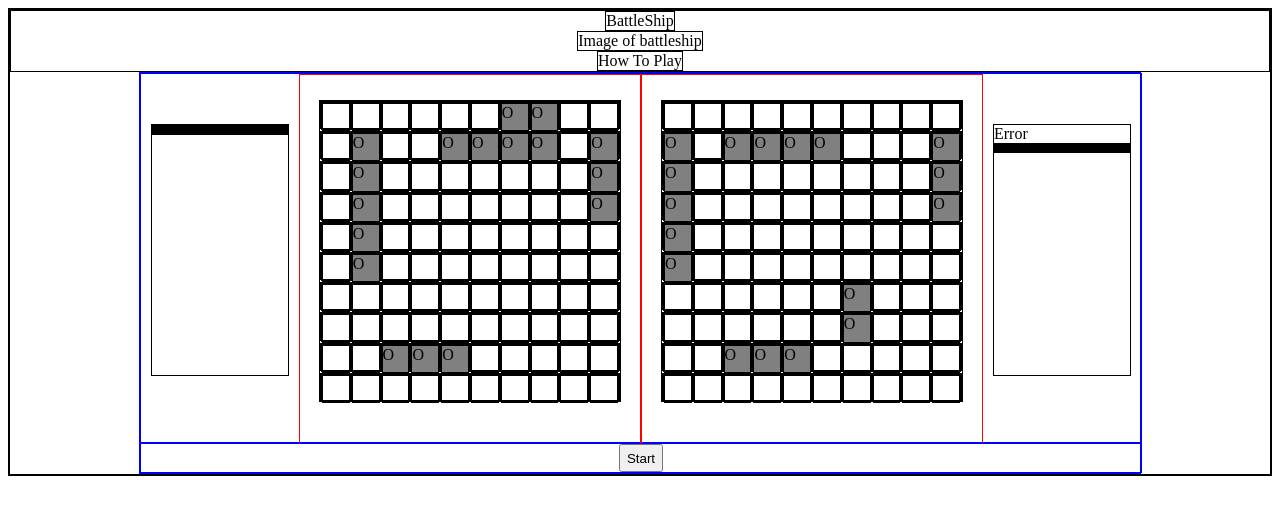
Repository: J-Haze/BattleshipApp
Page: /
The author's editor kept a copy of each file at every save. The page is drawn from the files as they stood at one save, then again after the next save.
The browser window is 1280 px wide. The pictures show the whole page.
The project was rebuilt for these pictures with package versions that can differ from the ones it lists, and the page was loaded fresh each time. Also part of the build but not shown: src/index.css.

Above is the page before, as saved 2020-09-23 17:46:04.

After the next save:
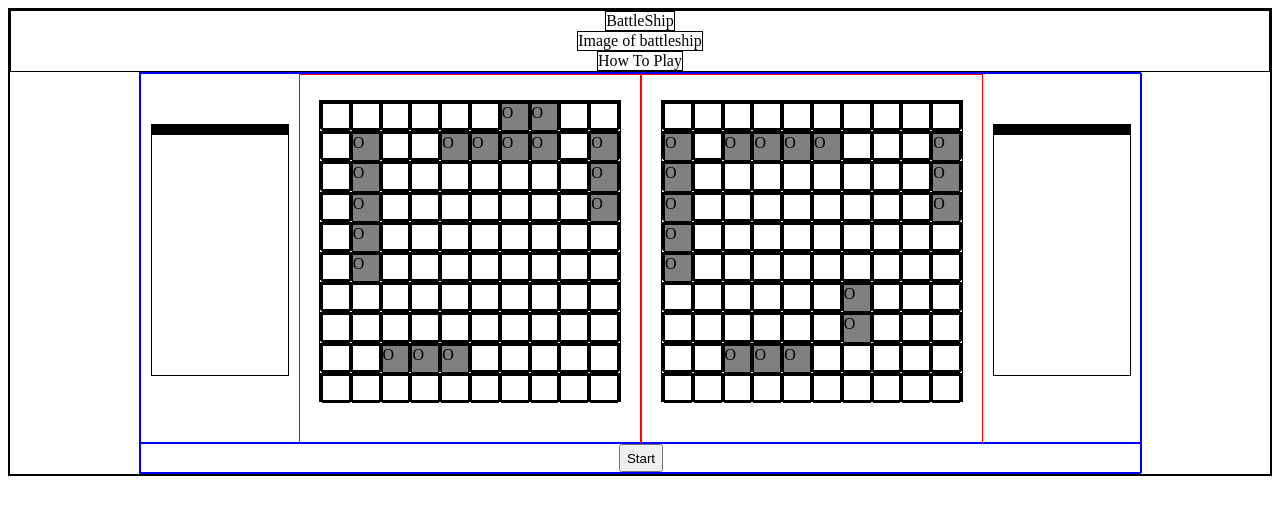
Saved 5 min 55 s later.
--- a/src/Components/Game.js
+++ b/src/Components/Game.js
@@ -132,7 +132,7 @@ function Game() {
 
                 </div>
                 <div id="col-two" className="column">
-                    <div id= "computer-board" className="board">
+                    <div id="computer-board" className="board">
                         {rowState.map((row, i) => {
                             return (
                                 <Row
@@ -148,7 +148,10 @@ function Game() {
                 </div>
 
                 {/* <div id="computer-fleet" className="fleet"></div> */}
-                <Fleet id="computer-fleet" />
+                <Fleet
+                    id="computer-fleet"
+                    orient={orientation}
+                />
             </div>
             <div id="bottom-row">
                 <button id="start-button">Start</button>
